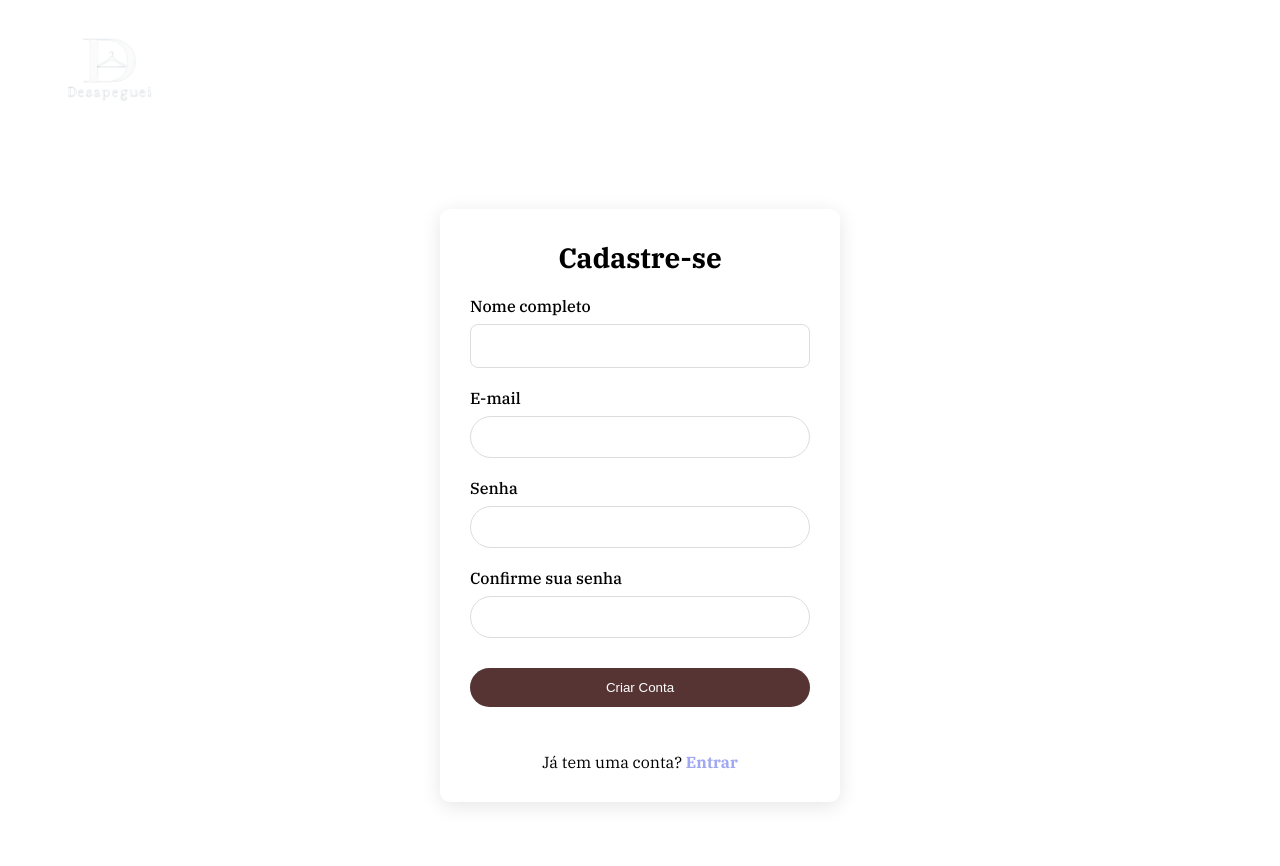
Repository: lanai-giani/Desapeguei
Page: cadastro.html
An editor plug-in stored every save of this project. The page is shown before and after the next save, followed by the edit.
The browser window is 1280 px wide. The pictures show the whole page.

Above is the page before, as saved 2025-06-27 22:41:55.
Console error: TypeError: Cannot read properties of null (reading 'style')

### cadastro.html
<!DOCTYPE html>
<html lang="pt-br">
<head>
    <meta charset="UTF-8">
    <meta name="viewport" content="width=device-width, initial-scale=1.0">
    <title>Cadastro | desapeguei</title>
    <link rel="stylesheet" href="assets/css/style.css">
    <script src="https://accounts.google.com/gsi/client" async defer></script> <!-- Mesmo CSS do site -->
</head>
<body>
    <div class="navbar">
        <div class="logo">
    <a href="index.php">
        <img src="assets/img/logoTeste.png" alt="desapeguei" width="130px">
    </a>
</div>
    </div>

    <div class="login-container">
        <div class="login-box">
            <h1>Cadastre-se</h1>
            <form action="php/cadastrar.php" method="POST">
                <div class="input-group">
                    <label for="nome">Nome completo</label>
                    <input type="text" id="nome" name="nome" required>
                </div>
                <div class="input-group">
                    <label for="email">E-mail</label>
                    <input type="email" id="email" name="email" required>
                </div>
                <div class="input-group">
                    <label for="senha">Senha</label>
                    <input type="password" id="senha" name="senha" required>
                </div>
                <div class="input-group">
                <label for="confirmar-senha">Confirme sua senha</label>
                <input type="password" id="confirmar-senha" name="confirmar_senha" required>
                </div>
                <button type="submit" class="btn" id="btnCadastro">Criar Conta</button>
                <div class="google-btn">
                    <div id="g_id_onload"
                        data-client_id="914623445866-fcn65judhjk3hpvmsr0789l9r3b2qvii.apps.googleusercontent.com"
                        data-callback="handleGoogleLogin">
                    </div>
                    <div class="g_id_signin"
                        data-type="standard"
                        data-theme="filled_blue"
                        data-text="continue_with"
                        data-shape="rectangular">
                    </div>
                </div>
            </form>
            <p class="login-link">Já tem uma conta? <a href="login.html">Entrar</a></p>
        </div>
    </div>
    <script src="assets/js/app.js"></script>
</body>
</html>

### assets/css/style.css
@import url('https://fonts.googleapis.com/css2?family=IBM+Plex+Serif:ital,wght@0,100;0,200;0,300;0,400;0,500;0,600;0,700;1,100;1,200;1,300;1,400;1,500;1,600;1,700&display=swap');

* {
    margin: 0;
    padding: 0;
    box-sizing: border-box;
}

:root {
    --cor-padrao: #f8b4d7;
    --cor-padrao-hover: #a0a8f1;
    --cor-fonte: #fff;
    --cor-fonte-p: #555;
    --cor-btn: #563434;
    --cor-btn-hover: #412c2c;
    --cor-btn-fonte: #000;
    --cor-fonte-corpo: #155;
    --cor-fonte-corpo-leve: #777;
}

body {
    font-family: 'IBM Plex Serif', serif;
     /* Corrigido de 'Poopins' para uma fonte válida */
}

.banner {
    background: radial-gradient(var(--cor-padrao-hover), var(--cor-padrao)); /* Removido espaço extra depois de var */
}

.banner .linha{
    margin-top: 70px;
}

.container{
    max-width: 1300px;
    margin: auto;
    padding-right: 25px;
    padding-left: 25px;
}

.navbar{
    display: flex;
    align-items: center;
    padding: 20px;
}
nav{
    flex: 1;
    text-align: right;
}
nav ul{
    display: inline-block;
    list-style-type: none;
}

nav ul li{
    display: inline-block;
    margin-right: 20px;
}

nav ul li a{
    text-decoration: none;
    color: var(--cor-fonte);
}
.banner p{
    color: var(--cor-fonte);
}
.linha{
    display: flex;
    align-items: center;
    flex-wrap: wrap;
    justify-content: space-around;
}
.col-2{
    flex-basis: 50%;
    min-width: 300px;
}

.col-2 img{
    max-width: 100%;
    padding: 50px 0;
}
.col-2 h1{
    font-size: 50px;
    line-height: 60px;
    margin: 20px 0;
}

.col-2 p{
    font-weight: 600;
    color: var(--cor-btn-fonte);
}
.btn{
    text-decoration: none;
    color: var(--cor-fonte);
    background: var(--cor-btn);
    padding:8px 30px;
    margin: 30px 0;
    border-radius: 30px;
    transition: background 0.6s;
}

.btn:hover{
    background: var(--cor-btn-hover);
    color:var(--cor-btn-fonte);
}
.categorias{
    margin: 70px 0;
}
.corpo-categorias{
    max-width: 1000px;
    margin:auto;
    padding-left: 25px;
    padding-right: 24px;
}

.col-3{
    flex-basis:30%;
    max-width: 250px;
    margin-bottom: 30px;
}

.col-3 img{
    width: 100%;
    object-fit: cover;
    object-position: center;
}

.navbar {
    display: flex;
    align-items: center;
    justify-content: space-between;
    flex-wrap: wrap;
    padding: 20px;
    gap: 20px;
}

.logo {
    flex: 1;
}

.logo img {
    width: 180px; /* Aumentado de 130px */
    transition: transform 0.3s ease;
}
.logo:hover img {
    transform: scale(1.05);
}

.barra-pesquisa {
    position: relative;
    flex: 2;
    max-width: 600px;
    margin: 0 20px;
}

.barra-pesquisa input[type="search"] {
     width: 100%;
    padding: 12px 45px 12px 20px;
    border: 2px solid var(--cor-padrao);
    border-radius: 30px;
    font-size: 16px;
    background: rgba(255,255,255,0.9);
    transition: all 0.3s;
    box-shadow: 0 2px 10px rgba(0,0,0,0.1);
}

.barra-pesquisa input[type="search"]:focus {
    border-color: var(--cor-padrao-hover);
    box-shadow: 0 0 0 3px rgba(160,168,241,0.3);
    outline: none;
}

nav {
    flex: 3;
    text-align: right;
}

nav ul {
    display: inline-block;
    list-style: none;
}

nav ul li {
    position: relative;
    transition: all 0.3s ease;
}


nav ul li a {
    position: relative;
    padding: 8px 16px;
    transition: all 0.3s ease;
    display: inline-block;
}

nav ul li:hover a {
    color: var(--cor-fonte);
}

/* Bordinha clara animada */
nav ul li a::after {
    content: '';
    position: absolute;
    bottom: -5px;
    left: 50%;
    transform: translateX(-50%);
    width: 0;
    height: 2px;
    background-color: var(--cor-fonte);
    transition: width 0.3s ease, background-color 0.3s ease;
}

nav ul li:hover a::after {
    width: 60%;
    background-color: var(--cor-padrao);
}

/* Efeito de destaque no item ativo */
nav ul li a.active::after {
    width: 60%;
    background-color: var(--cor-padrao);
}

/* Ajuste para mobile */
@media only screen and (max-width: 800px) {
    nav ul li a::after {
        display: none;
    }

    nav ul li:hover a {
        color: var(--cor-padrao);
    }
}

/* Mantendo o estilo do dropdown existente */
.dropdown:hover .dropbtn::after {
    transform: rotate(180deg);
}

.titulo-categorias {
    text-align: center;
    font-size: 40px;
    color: var(--cor-btn-fonte);
    margin-bottom: 20px;
}
.categoria-img {
    text-align: center;
    transition: transform 0.3s ease;
}

.categoria-img img {
   border-radius: 15px; /* Valor que você pode ajustar */
    overflow: hidden; /* Garante que a imagem respeite o border-radius */
    /* Mantenha as outras propriedades existentes: */
    width: 100%;
    object-fit: cover;
    object-position: center;
    transition: transform 0.3s ease, filter 0.3s ease;
}

.categoria-img:hover img {
    transform: scale(1.05);
    filter: brightness(1.1); /* Ajuste opcional para melhor contraste */
    box-shadow: 0 5px 15px rgba(0,0,0,0.1); /* Sombra sutil opcional */
}

.categoria-nome {
    margin-top: 10px;
    font-weight: bold;
    font-size: 18px;
    color: var(--cor-btn-fonte);
}
.col-3 {
    flex-basis: 22%;
    max-width: 22%;
    margin-bottom: 30px;
}
.col-4{
    flex-basis: 25%;
    max-width: 200px;
    padding: 10px;
    margin-bottom: 50px;
    transition : transform 0.3s;
}

.col-4:hover{
    transform: scale(1.1);
}

.col-4 img{
    width: 100%;
    object-fit: cover;
    object-position: center;
}
.titulo{
    position: relative;
    line-height: 60px;
    margin: 0 auto 80px;
    text-align: center;
    color: var(--cor-fonte-corpo);
}
.titulo::after{
    content: '';
    background-color: var(--cor-padrao);
    width: 80px;
    height: 5px;
    border-radius: 5px;
    position: absolute;
    bottom: 0;
    left: 50%;
    transform: translateX(-50%);
}
h4{
    color: var(--cor-fonte-corpo);
    font-weight: normal;
}
.col-4 p{
    font-size: 14px;
}
.ofertas{
    background: radial-gradient(var(--cor-padrao-hover), var(--cor-padrao));
    margin-top: 80px;
    padding: 30px 0;
}

col-2 .oferta-img{
    padding: 50px;
}

small{
    color: var(--cor-fonte)

}
.rodape{
    background: var(--cor-btn-fonte);
    color:  var(--cor-fonte);
    padding: 60px 0 20px;
    font-size: 14px;
}

.rodape.p{
    color: var(--cor-fonte);
}

.rodape h3{
    color: var(--cor-fonte);
    margin-bottom: 20px;
}

.rodape-col-1,.rodape-col-2 ,.rodape-col-3, .rodape-col-4{
    min-width: 250px;
    margin-bottom: 20px;
}

.rodape-col-1{
    flex-basis: 30%
}

.rodape-col-2{
    flex: 1;
    text-align: center;
}
.rodape-col-2 img{
    width: 180px;
    margin-bottom: 20px;
}

.rodape-col-3, .rodape-col-4{
    flex-basis: 12%;
    text-align: right;
}
ul{
    list-style-type: none;
}

.app-logo{
    margin-top: 20px;
}

.app-logo img{
    width: 140px;
}

.rodape hr{
    border: none;
    height: 1px;
    background: var(--cor-fonte);
    margin: 20px 0;
}

.direitos{
    text-align:  center;
}

.menuCelular{
    width: 20px;
    margin-left:  20 px;
    display: none;
}

/*-------------listagem de produtps-------------*/





/*-------------tablet-------------*/

@media only screen and (max-width: 800px){
    nav ul{
        position: absolute;
        top: 70px;
        left: 0;
        background: var(--cor-btn-fonte);
        width: 100%;
        overflow: hidden;
        transition: max-height 0.5s;
    }

    nav ul li{
        display: block;
        margin-top: 10px;
        margin-right: 50px;
        margin-bottom: 10px;

    }
    nav ul li a{
        color: var(--cor-fonte);
    }

    .menuCelular{
        display: block;
    }
}



/*-------------celular-------------*/
@media only screen and (max-width: 600px){
    .linha{
        text-align: center;
    }

    .col-2, .col-3, .col-4{
        flex-basis: 100%;
    }

    .col2 h1{
        font-size: 27px;
    }

    .rodape-col-3, .rodape-col-4{
        text-align: center;
    }

    .col-4 p{
        font-size: 24px;
    }
}

/*---------------cadastro-------------*/
.login-container {
    min-height: 100vh;
    display: flex;
    justify-content: center;
    align-items: center;
    padding: 20px;
}

.login-box {
    background: white;
    padding: 30px;
    border-radius: 10px;
    box-shadow: 0 4px 20px rgba(0, 0, 0, 0.1);
    width: 100%;
    max-width: 400px;
    text-align: center;
    margin: 40px auto;
}

.login-box h1 {
    color: var(--cor-btn-fonte);
    margin-bottom: 20px;
    font-size: 28px;
}

.input-group {
    margin-bottom: 15px;
    text-align: left;
}

.input-group label {
    display: block;
    margin-bottom: 5px;
    color: var(--cor-btn-fonte);
    font-weight: 500;
}

.input-group input {
    width: 100%;
    padding: 12px;
    border: 1px solid #ddd;
    border-radius: 30px;
    font-size: 14px;
    outline: none;
}

.login-box .btn {
    width: 100%;
    padding: 12px;
    margin-top: 10px;
    background: var(--cor-btn);
    color: var(--cor-fonte);
    border: none;
    border-radius: 30px;
    cursor: pointer;
    transition: background 0.3s;
}

.login-box .btn:hover {
    background: var(--cor-btn-hover);
}

.login-link {
    margin-top: 15px;
    color: var(--cor-btn-fonte);
}

.login-link a {
    color: var(--cor-padrao-hover);
    text-decoration: none;
    font-weight: bold;
}

/* Responsividade para a página de login */
@media only screen and (max-width: 600px) {
    .login-box {
        padding: 20px;
        margin: 20px;
    }
}

/*-------------------login------------*/
body.pagina-login {
    background: radial-gradient(var(--cor-padrao-hover), var(--cor-padrao));
    min-height: 100vh;
    margin: 0;
    padding: 0;
}



/* ===== CARROSSEL DE CATEGORIAS ===== */
.carrossel-categorias {
    position: relative;
    display: flex;
    align-items: center;
    margin: 30px 0;
}

.carrossel-container {
    width: 100%;
    overflow: hidden;
}

.carrossel-track {
    display: flex;
    transition: transform 0.5s ease;
    width: 100%;
}

.carrossel-btn {
    background: var(--cor-padrao);
    color: white;
    border: none;
    border-radius: 50%;
    width: 40px;
    height: 40px;
    font-size: 20px;
    cursor: pointer;
    transition: all 0.3s;
    display: flex;
    align-items: center;
    justify-content: center;
    margin: 0 10px;
    z-index: 1;
}

.carrossel-btn:hover {
    background: var(--cor-padrao-hover);
    transform: scale(1.1);
}

.prev-btn {
    margin-right: 15px;
}

.next-btn {
    margin-left: 15px;
}

/* Esconde o botão quando não houver mais itens */
.carrossel-btn.hidden {
    visibility: hidden;
}

/* ===== CARROSSEL DE CATEGORIAS ===== */
.carrossel-container {
    display: flex;
    align-items: center;
    justify-content: center;
    position: relative;
    margin: 20px 0;
}

.carrossel-inner {
    display: flex;
    flex-wrap: wrap;
    justify-content: space-around; /* Mantém o espaçamento original */
    width: 100%;
    max-width: 1000px; /* Mesma largura do .corpo-categorias */
    margin: 0 auto;
}

/* Mantém todas as outras regras do carrossel */
.carrossel-btn {
    background: var(--cor-padrao);
    color: white;
    border: none;
    border-radius: 50%;
    width: 40px;
    height: 40px;
    font-size: 20px;
    cursor: pointer;
    transition: all 0.3s;
    margin: 0 10px;
    flex-shrink: 0;
}

.carrossel-btn:hover {
    background: var(--cor-padrao-hover);
    transform: scale(1.1);
}

.carrossel-btn.hidden {
    visibility: hidden;
}

.hidden-categoria {
    display: none !important;
}


/* ESTILOS PARA PÁGINA DE CATEGORIA */
.titulo-categoria {
    text-align: center;
    margin: 30px 0;
    color: var(--cor-fonte-corpo);
}

.filtros {
    display: flex;
    justify-content: center;
    gap: 15px;
    margin: 20px 0;
}

.btn-filtro {
    padding: 8px 15px;
    background: white;
    border: 1px solid var(--cor-padrao);
    border-radius: 20px;
    cursor: pointer;
}

.produto {
    text-align: center;
    margin-bottom: 30px;
    padding: 15px;
    border-radius: 10px;
    transition: all 0.3s;
}

.produto:hover {
    transform: translateY(-5px);
    box-shadow: 0 5px 15px rgba(0,0,0,0.1);
}




/* Estilos para a página de vender */
.form-anuncio {
    max-width: 600px;
    margin: 0 auto;
    padding: 20px;
    background: white;
    border-radius: 10px;
    box-shadow: 0 2px 10px rgba(0,0,0,0.1);
}

.btn-anunciar {
    background: var(--cor-padrao);
    width: 100%;
    padding: 15px;
    font-size: 1.1rem;
}

.preview-container {
    display: flex;
    flex-wrap: wrap;
    gap: 10px;
    margin-top: 10px;
}

.preview-container img {
    width: 80px;
    height: 80px;
    object-fit: cover;
    border-radius: 5px;
    border: 1px solid #ddd;
}


/* Loader */
.loader {
    display: inline-block;
    width: 16px;
    height: 16px;
    border: 2px solid rgba(255,255,255,0.3);
    border-radius: 50%;
    border-top-color: white;
    animation: spin 1s ease-in-out infinite;
    margin-right: 8px;
}

@keyframes spin {
    to { transform: rotate(360deg); }
}

/* Mensagem de erro */
#erro-mensagem {
    color: #ff6b6b;
    margin: 10px 0;
    text-align: center;
    font-size: 14px;
}

/* Botão desabilitado */
button:disabled {
    opacity: 0.7;
    cursor: not-allowed;
}

/* ----------------- recuperar senha -----------------------*/
.alert-error {
            padding: 10px 15px;
            background-color: #ffebee;
            color: #c62828;
            border: 1px solid #ef9a9a;
            border-radius: 4px;
            margin-bottom: 15px;
            animation: fadeIn 0.3s ease-in;
        }

        @keyframes fadeIn {
            from { opacity: 0; transform: translateY(-10px); }
            to { opacity: 1; transform: translateY(0); }
        }



/* ------------------------------- caixinha dropbox -------------------------------------*/
/* Dropdown container - Mantendo seu estilo existente */
.dropdown {
    position: relative;
    display: inline-block;
}

/* Botão principal do dropdown - Integrado ao seu tema */
.dropbtn {
    cursor: pointer;
    text-decoration: none;
    color: var(--cor-fonte);
    padding: 8px 16px;
    border-radius: 30px;
    transition: all 0.3s ease;
    font-weight: 500;
    display: flex;
    align-items: center;
    gap: 5px;
}


/* Conteúdo do dropdown - estilo harmonizado */
.dropdown-content {
    display: none;
    position: absolute;
    right: 0;
    background-color: white;
    min-width: 180px;
    box-shadow: 0 8px 16px rgba(0,0,0,0.1);
    border-radius: 8px;
    z-index: 1000;
    opacity: 0;
    transform: translateY(-10px);
    transition: all 0.3s ease;
    border: 1px solid rgba(0,0,0,0.05);
    margin-top: 5px;
}

/* Itens do dropdown */
.dropdown-content a {
    color: var(--cor-btn-fonte);
    padding: 12px 16px;
    text-decoration: none;
    display: block;
    font-size: 14px;
    transition: all 0.2s ease;
    border-bottom: 1px solid rgba(0,0,0,0.05);
}

/* Primeiro e último itens com bordas arredondadas */
.dropdown-content a:first-child {
    border-top-left-radius: 8px;
    border-top-right-radius: 8px;
}

.dropdown-content a:last-child {
    border-bottom-left-radius: 8px;
    border-bottom-right-radius: 8px;
    border-bottom: none;
}

/* Efeito hover nos itens */
.dropdown-content a:hover {
    background-color: var(--cor-padrao);
    color: white;
    padding-left: 20px;
}

/* Efeito hover no dropdown */
.dropdown:hover .dropdown-content {
    display: block;
    opacity: 1;
    transform: translateY(0);
}

.dropdown:hover .dropbtn::after {
    transform: rotate(180deg);
}


/* ------------------------------- formulário de venda-------------------------------------*/

/* Estilos adicionais para o formulário de venda */
.form-anuncio {
    max-width: 600px;
    margin: 0 auto;
    padding: 30px;
    background: white;
    border-radius: 15px;
    box-shadow: 0 5px 15px rgba(0,0,0,0.05);
}

.foto-section {
    text-align: center;
    padding: 20px;
    border: 2px dashed var(--cor-padrao);
    border-radius: 10px;
    margin-bottom: 25px;
}

.foto-instructions {
    color: var(--cor-fonte-corpo-leve);
    font-size: 14px;
    margin: 5px 0 15px;
}

.input-group {
    margin-bottom: 20px;
}

.input-group label {
    display: block;
    margin-bottom: 8px;
    font-weight: 500;
    color: var(--cor-btn-fonte);
}

.input-group input[type="text"],
.input-group input[type="number"],
.input-group textarea,
.input-group select {
    width: 100%;
    padding: 12px 15px;
    border: 1px solid #ddd;
    border-radius: 8px;
    font-size: 16px;
    transition: all 0.3s;
}

.input-group input[type="text"]:focus,
.input-group input[type="number"]:focus,
.input-group textarea:focus,
.input-group select:focus {
    border-color: var(--cor-padrao);
    outline: none;
    box-shadow: 0 0 0 3px rgba(248, 180, 215, 0.2);
}

.input-group textarea {
    resize: vertical;
    min-height: 100px;
}

.char-counter {
    text-align: right;
    font-size: 12px;
    color: var(--cor-fonte-corpo-leve);
    margin-top: 5px;
}

.estado-produto .radio-group {
    display: flex;
    gap: 20px;
    margin-top: 10px;
}

.radio-group label {
    display: flex;
    align-items: center;
    gap: 8px;
    cursor: pointer;
}

.preco-input {
    display: flex;
    align-items: center;
}

.preco-input span {
    margin-right: 10px;
    font-size: 18px;
    color: var(--cor-btn-fonte);
}

.preco-input input {
    flex: 1;
}

.btn-anunciar {
    background: var(--cor-padrao);
    color: rgb(34, 8, 8);
    border: none;
    padding: 15px;
    font-size: 18px;
    border-radius: 8px;
    cursor: pointer;
    width: 100%;
    margin-top: 20px;
    transition: all 0.3s;
}

.btn-anunciar:hover {
    background: var(--cor-padrao-hover);
    transform: translateY(-2px);
}


/* ------------------------------- carrinho-------------------------------------*/
.carrinho-container {
    max-width: 1000px;
    margin: 60px auto;
    padding: 20px;
}

.titulo-carrinho {
    text-align: center;
    font-size: 36px;
    color: var(--cor-btn-fonte);
    margin-bottom: 40px;
    position: relative;
}

.titulo-carrinho::after {
    content: '';
    width: 80px;
    height: 5px;
    background: var(--cor-padrao);
    border-radius: 5px;
    position: absolute;
    bottom: -10px;
    left: 50%;
    transform: translateX(-50%);
}

.lista-carrinho {
    display: flex;
    flex-wrap: wrap;
    gap: 20px;
    justify-content: center;
}

.produto-carrinho {
    flex: 1 1 220px;
    background: white;
    border-radius: 10px;
    box-shadow: 0 4px 10px rgba(0,0,0,0.05);
    padding: 15px;
    text-align: center;
    transition: transform 0.3s;
    max-width: 250px;
}

.produto-carrinho:hover {
    transform: translateY(-5px);
    box-shadow: 0 5px 15px rgba(0,0,0,0.1);
}

.produto-carrinho img {
    width: 100%;
    height: 180px;
    object-fit: cover;
    border-radius: 8px;
    margin-bottom: 10px;
}

.produto-carrinho h4 {
    color: var(--cor-fonte-corpo);
    margin-bottom: 5px;
}

.produto-carrinho p {
    color: var(--cor-fonte-corpo-leve);
    font-size: 14px;
}

.preco-produto {
    font-weight: bold;
    color: var(--cor-btn-fonte);
    font-size: 16px;
    margin-top: 8px;
}

.btn-remover {
    display: inline-block;
    margin-top: 10px;
    padding: 8px 16px;
    background: var(--cor-btn);
    color: var(--cor-fonte);
    border: none;
    border-radius: 30px;
    cursor: pointer;
    font-size: 14px;
    transition: background 0.3s;
}

.btn-remover:hover {
    background: var(--cor-btn-hover);
    color: var(--cor-btn-fonte);
}

.total-carrinho {
    text-align: center;
    font-size: 20px;
    font-weight: bold;
    color: var(--cor-btn-fonte);
    margin: 30px 0;
}

.btn-finalizar {
    background: var(--cor-padrao);
    color: rgb(34, 8, 8);
    border: none;
    padding: 15px 30px;
    font-size: 18px;
    border-radius: 30px;
    cursor: pointer;
    transition: all 0.3s;
    display: block;
    margin: 0 auto;
    margin-bottom: 40px;
}

.btn-finalizar:hover {
    background: var(--cor-padrao-hover);
    transform: translateY(-2px);
}

Loaded but not shown: assets/js/app.js (126 lines, source omitted)

After the next save:
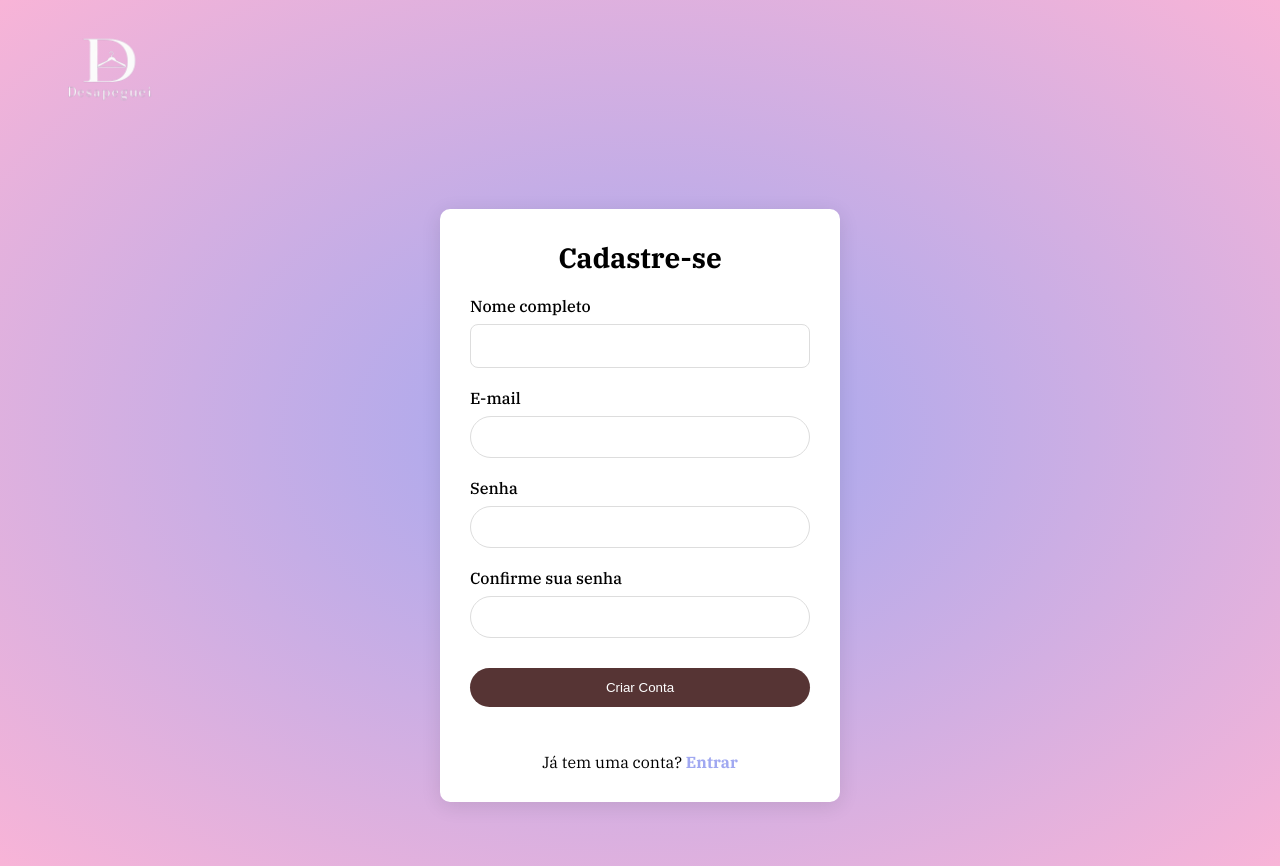
Saved 49 s later.
--- a/cadastro.html
+++ b/cadastro.html
@@ -7,7 +7,7 @@
     <link rel="stylesheet" href="assets/css/style.css">
     <script src="https://accounts.google.com/gsi/client" async defer></script> <!-- Mesmo CSS do site -->
 </head>
-<body>
+<body class="pagina-login">
     <div class="navbar">
         <div class="logo">
     <a href="index.php">
